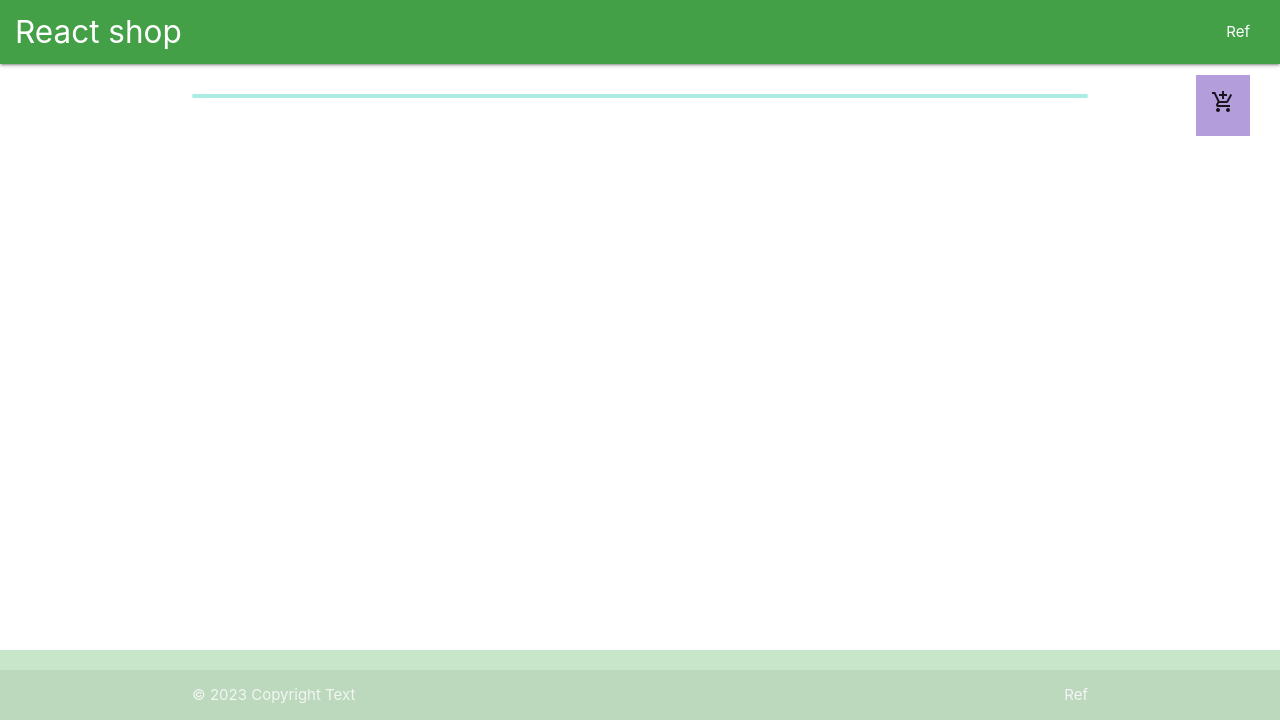
Repository: qui-qui-qui/online-shop
Page: /
These files come from the project's save history. The page is drawn as it stood at one moment and after the next save; the edit follows.
The browser window is 1280 px wide. The pictures show the whole page.
The page's requests for data from a server got no answer. The project was rebuilt for these pictures with package versions that can differ from the ones it lists, and the page was loaded fresh each time. No one was signed in, and anything a server would have sent is missing. Also part of the build but not shown: src/components/GoodsItem.jsx, src/components/GoodsList.jsx, src/components/BasketItem.jsx, src/components/BasketList.jsx.

Above is the page before, as saved 2023-01-07 18:22:36.

### public/index.html
<!DOCTYPE html>
<html lang="en">
  <head>
    <meta charset="utf-8" />
    <link rel="icon" href="%PUBLIC_URL%/favicon.ico" />
    <meta name="viewport" content="width=device-width, initial-scale=1" />
    <meta name="theme-color" content="#000000" />
    <meta
      name="pet-project"
      content="react shop"
    />
    <link rel="apple-touch-icon" href="%PUBLIC_URL%/logo192.png" />
    <link rel="manifest" href="%PUBLIC_URL%/manifest.json" />
    <title>React Shop</title>
    <link rel="stylesheet" href="https://cdnjs.cloudflare.com/ajax/libs/materialize/1.0.0/css/materialize.min.css">
    <link href="https://fonts.googleapis.com/icon?family=Material+Icons" rel="stylesheet">
  </head>
  <body>
    <noscript>You need to enable JavaScript to run this app.</noscript>
    <div id="root"></div>
  </body>
</html>

### src/index.css
body {
  margin: 0;
  font-family: -apple-system, BlinkMacSystemFont, 'Segoe UI', 'Roboto', 'Oxygen',
    'Ubuntu', 'Cantarell', 'Fira Sans', 'Droid Sans', 'Helvetica Neue',
    sans-serif;
  -webkit-font-smoothing: antialiased;
  -moz-osx-font-smoothing: grayscale;
}


nav {
  padding: 0 1rem;
}

.content {
  min-height: calc(100vh - 70px - 64px);
  padding: 1.5rem 0;
}

.goods {
  display: grid;
  grid-template-columns: repeat(auto-fill, minmax(250px, 1fr));
  gap: 1rem
}

.card {
  display: flex;
  flex-direction: column;
}

.card-content {
  flex-grow: 1;
}

.cart {
  position: fixed;
  bottom: 2rem;
  right: 2rem;

  cursor: pointer;
  z-index: 5;
  padding: 1rem;
}
@media (min-width: 767px) {
  .cart {
    top: 5rem;
    bottom: unset;
  }
}

.basket-list {
  position: fixed;
  top: 50%;
  left: 50%;
  transform: translate(-50%, -50%);

  background-color: #fff;
  width: 50rem;
  max-width: 95%;

  box-shadow: inset;
  animation: show 500ms ease-in-out;
}

.basket-close {
  cursor: pointer;
  position: absolute;
  top: 0.5rem;
  right: 0.5rem;
  color: white;
}

.basket-delete {
  cursor: pointer;
}

@keyframes show {
  from {
    top: 70%;
    opacity: 0;
  }
  to {
    top: 50%;
    opacity: 1;
  }
}

### src/App.js
import { Header } from "./components/Header";
import { Footer } from "./components/Footer";
import { Shop } from "./components/Shop";

function App() {
  return (
    <>
      <Header />
      <Shop />
      <Footer />
    </>
  );
}

export default App;

### src/components/Header.jsx
function Header() {
    return <nav className="green darken-1">
      <div className="nav-wrapper">
        <a href="!#" className="brand-logo left">React shop</a>
        <ul id="nav-mobile" className="right">
          <li><a href="!#">Ref</a></li>
        </ul>
      </div>
  </nav>
}

export {Header}

### src/components/Footer.jsx
function Footer() {
    return <footer className="page-footer green lighten-4">
    <div className="footer-copyright">
      <div className="container">
      © {new Date().getFullYear()} Copyright Text
      <a className="grey-text text-lighten-4 right" href="#!">Ref</a>
      </div>
    </div>
  </footer>
}

export {Footer}

### src/components/Shop.jsx
import { useState, useEffect } from "react";
import { API_KEY, API_URL } from "../config";
import { Preloader } from "./Preloader";
import { GoodsList } from "./GoodsList";
import { Cart } from "./Cart";
import { BasketList } from "./BasketList";

function Shop() {
  const [goods, setGoods] = useState([]);
  const [loading, setLoading] = useState(true);
  const [order, setOrder] = useState([]);
  const [isBasketShow, setBasketShow] = useState(false);

  const addToBasket = (item) => {
    const itemIndex = order.findIndex((orderItem) => orderItem.id === item.id);

    if (itemIndex < 0) {
      const newItem = {
        ...item,
        quantity: 1,
      };
      setOrder([...order, newItem]);
    } else {
      const newOrder = order.map((orderItem, index) => {
        if (index === itemIndex) {
          return {
            ...orderItem,
            quantity: orderItem.quantity + 1,
          };
        } else {
          return orderItem;
        }
      });

      setOrder(newOrder);
    }
  };

  const removeFromBasket = (itemId) => {
    const newOrder = order.filter((el) => el.id !== itemId);
    setOrder(newOrder);
  };

  const incQuantity = (itemId) => {
    const newOrder = order.map((el) => {
      if (el.id === itemId) {
        const newQuantity = el.quantity + 1;
        return {
          ...el,
          quantity: newQuantity,
        };
      } else {
        return el;
      }
    });
    setOrder(newOrder);
  };

  const decQuantity = (itemId) => {
    const newOrder = order.map((el) => {
      if (el.id === itemId) {
        const newQuantity = el.quantity - 1;
        return {
          ...el,
          quantity: newQuantity >= 0 ? newQuantity : 0,
        };
      } else {
        return el;
      }
    });
    setOrder(newOrder);
  };

  const handleBasketShow = () => {
    setBasketShow(!isBasketShow);
  };

  useEffect(function getGoods() {
    fetch(API_URL, {
      headers: {
        Authorization: API_KEY,
      },
    })
      .then((response) => response.json())
      .then((data) => {
        data.featured && setGoods(data.featured);
        setLoading(false);
      });
  }, []);

  return (
    <main className="container content">
      <Cart quantity={order.length} handleBasketShow={handleBasketShow} />
      {loading ? (
        <Preloader />
      ) : (
        <GoodsList goods={goods} addToBasket={addToBasket} />
      )}
      {isBasketShow && (
        <BasketList
          order={order}
          handleBasketShow={handleBasketShow}
          removeFromBasket={removeFromBasket}
          incQuantity={incQuantity}
          decQuantity={decQuantity}
        />
      )}
    </main>
  );
}

export { Shop };

### src/config.js
const API_KEY = '6c6ecc31-c6e59085-63220236-a525db2c';

const API_URL = 'https://fortniteapi.io/v1/shop?lang=ru';

export {
    API_KEY,
    API_URL
};

### src/components/Preloader.jsx
function Preloader() {
  return (
    <div className="progress">
      <div className="interminate"></div>
    </div>
  );
}

export { Preloader };

### src/components/Cart.jsx
function Cart(props) {
    const {quantity = 0, handleBasketShow = Function.prototype} = props;

    return (
        <div className="cart deep-purple lighten-3" onClick={handleBasketShow}>
            <i className="material-icons">add_shopping_cart</i>
            {quantity ? (
                <span className="cart-quantity">{quantity}</span>
            ) : null}
        </div>
    )
}

export {Cart};

Loaded but not shown: src/index.js (common file)

After the next save:
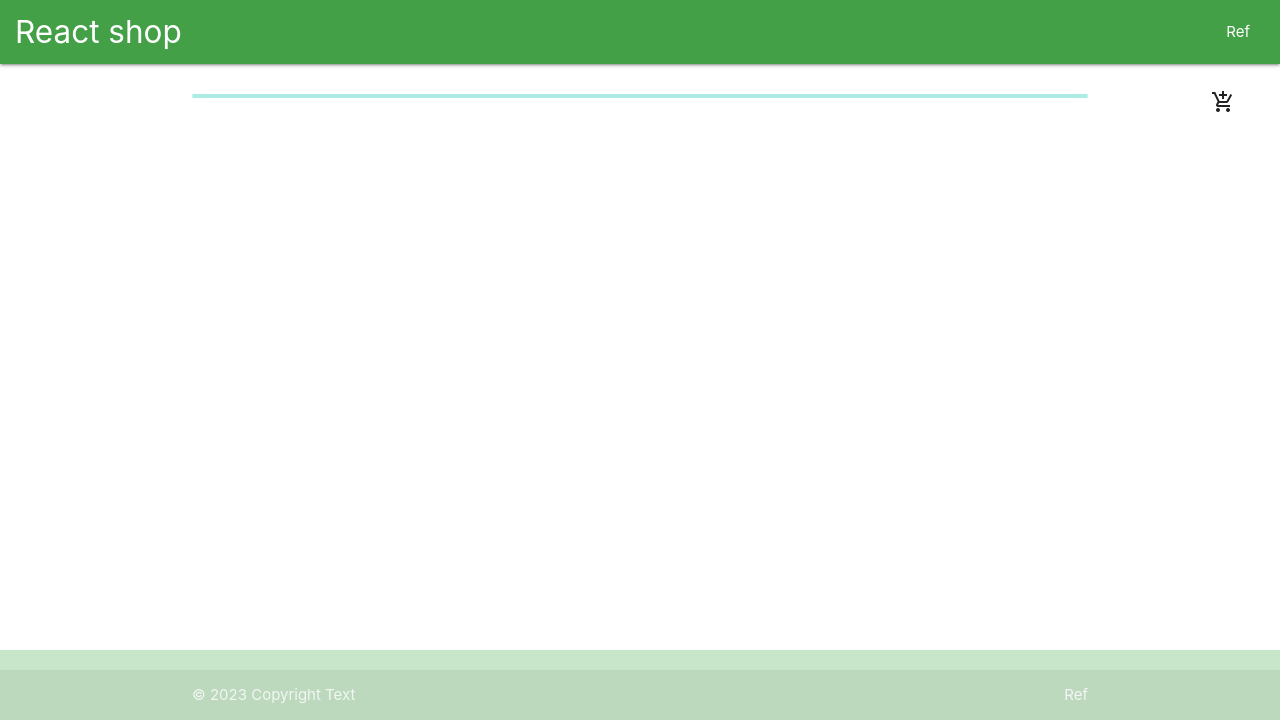
Saved 30 s later.
--- a/src/components/Cart.jsx
+++ b/src/components/Cart.jsx
@@ -2,7 +2,7 @@ function Cart(props) {
     const {quantity = 0, handleBasketShow = Function.prototype} = props;
 
     return (
-        <div className="cart deep-purple lighten-3" onClick={handleBasketShow}>
+        <div className="cart deep-green lighten-3" onClick={handleBasketShow}>
             <i className="material-icons">add_shopping_cart</i>
             {quantity ? (
                 <span className="cart-quantity">{quantity}</span>
